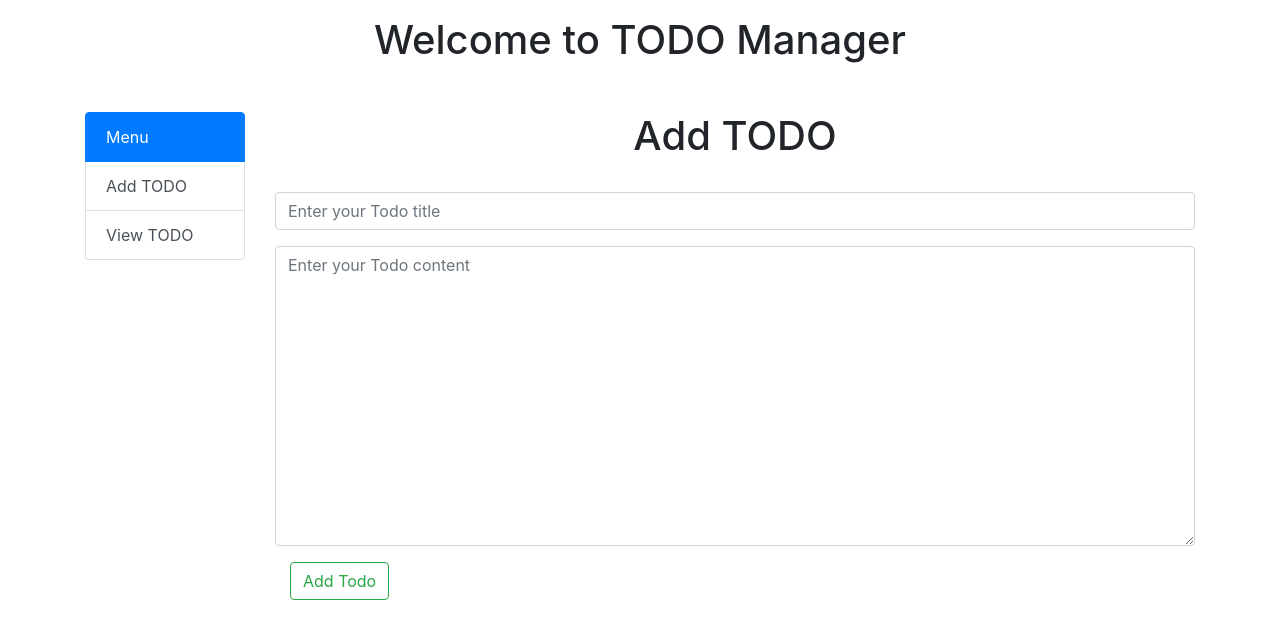
Repository: HarshViijay/spring-boot
Page: http://localhost/springmvcnew/add
These files come from the project's save history. The page is drawn as it stood at one moment and after the next save; the edit follows.
The browser window is 1280 px wide. The pictures show the whole page.
Some web libraries are served in a nearby version. The page is served by Tomcat 9. Other server files are loaded and not shown.

Above is the page before, as saved 2023-03-11 19:04:28.

### springmvcnew/src/main/webapp/WEB-INF/pages/home.jsp
<%@ page language="java" contentType="text/html; charset=UTF-8"
	pageEncoding="UTF-8"%>

<%@ taglib prefix="c" uri="http://java.sun.com/jsp/jstl/core"%>
<%@page isELIgnored="false"%>

<%@ taglib prefix="form" uri="http://www.springframework.org/tags/form"%>

<!doctype html>
<html lang="en">
<head>
<!-- Required meta tags -->
<meta charset="utf-8">
<meta name="viewport"
	content="width=device-width, initial-scale=1, shrink-to-fit=no">

<!-- Bootstrap CSS -->
<link rel="stylesheet"
	href="https://cdn.jsdelivr.net/npm/bootstrap@4.0.0/dist/css/bootstrap.min.css"
	integrity="sha384-Gn5384xqQ1aoWXA+058RXPxPg6fy4IWvTNh0E263XmFcJlSAwiGgFAW/dAiS6JXm"
	crossorigin="anonymous">

<title><c:out value="${page}"></c:out></title>
</head>
<body>

	<div class="container mt-3 ">
		<h1 class="text-center">Welcome to TODO Manager</h1>

		<div class="row mt-5">

			<div class="col-md-2">

				<div class="list-group">
					<button type="button"
						class="list-group-item list-group-item-action active">
						Menu</button>
					<a href='<c:url value='/add'></c:url>'
						class="list-group-item list-group-item-action">Add TODO</a> <a
						href='<c:url value='/home'></c:url>'
						class="list-group-item list-group-item-action">View TODO</a>
				</div>

			</div>

			<div class="col-md-10">
				<c:if test="${page=='home'}">
					<h1 class="text-center">All TODO</h1>
				</c:if>

				<c:if test="${page=='add'}">
					<h1 class="text-center">Add TODO</h1>

					<br>

					<form:form action="/saveTodo" method="post" modelAttribute="todo">

						<div class="form-group">
							<form:input path="todoTitle" cssClass="form-control"
								placeholder="Enter your Todo title" />
						</div>

						<div class="form-group">
							<form:textarea path="todoContent" cssClass="form-control"
								placeholder="Enter your Todo content" cssStyle="height:300px"/>
						</div>

						<div class="container">
						<button class="btn btn-outline-success">Add Todo</button>
						</div>



					</form:form>


				</c:if>
			</div>
		</div>
	</div>


	<!-- Optional JavaScript -->
	<!-- jQuery first, then Popper.js, then Bootstrap JS -->
	<script src="https://code.jquery.com/jquery-3.2.1.slim.min.js"
		integrity="sha384-KJ3o2DKtIkvYIK3UENzmM7KCkRr/rE9/Qpg6aAZGJwFDMVNA/GpGFF93hXpG5KkN"
		crossorigin="anonymous"></script>
	<script
		src="https://cdn.jsdelivr.net/npm/popper.js@1.12.9/dist/umd/popper.min.js"
		integrity="sha384-ApNbgh9B+Y1QKtv3Rn7W3mgPxhU9K/ScQsAP7hUibX39j7fakFPskvXusvfa0b4Q"
		crossorigin="anonymous"></script>
	<script
		src="https://cdn.jsdelivr.net/npm/bootstrap@4.0.0/dist/js/bootstrap.min.js"
		integrity="sha384-JZR6Spejh4U02d8jOt6vLEHfe/JQGiRRSQQxSfFWpi1MquVdAyjUar5+76PVCmYl"
		crossorigin="anonymous"></script>
</body>
</html>

### springmvcnew/src/main/java/com/entities/Todo.java
package com.entities;

import java.sql.Date;

public class Todo {

	private String todoTitle;
	private String todoContent;
	private Date date;

	public Todo(String todoTitle, String todoContent, Date date) {
		super();
		this.todoTitle = todoTitle;
		this.todoContent = todoContent;
		this.date = date;
	}



	public Todo() {
		super();
		// TODO Auto-generated constructor stub
	}



	public String getTodoTitle() {
		return todoTitle;
	}

	public void setTodoTitle(String todoTitle) {
		this.todoTitle = todoTitle;
	}

	public String getTodoContent() {
		return todoContent;
	}

	public void setTodoContent(String todoContent) {
		this.todoContent = todoContent;
	}

	public Date getDate() {
		return date;
	}

	public void setDate(Date date) {
		this.date = date;
	}

	@Override
	public String toString() {
		// TODO Auto-generated method stub
		return this.getTodoTitle()+" : "+this.todoContent;
	}

}

After the next save:
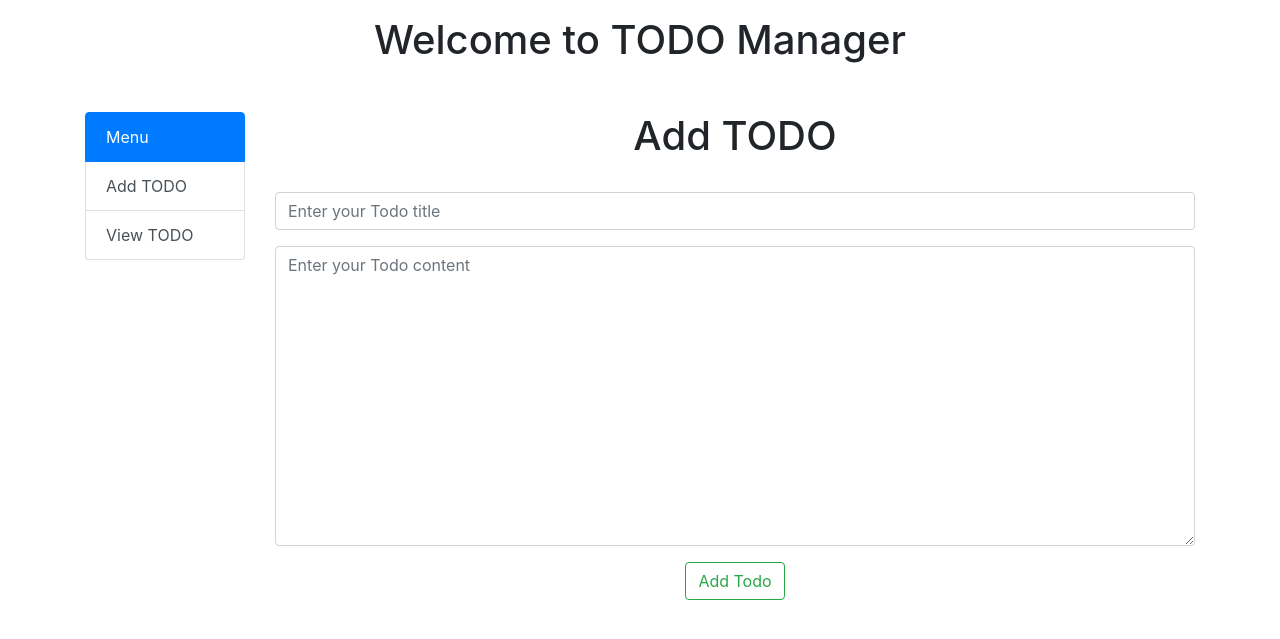
Saved 24 s later.
--- a/springmvcnew/src/main/webapp/WEB-INF/pages/home.jsp
+++ b/springmvcnew/src/main/webapp/WEB-INF/pages/home.jsp
@@ -65,7 +65,7 @@
 								placeholder="Enter your Todo content" cssStyle="height:300px"/>
 						</div>
 
-						<div class="container">
+						<div class="container text-center">
 						<button class="btn btn-outline-success">Add Todo</button>
 						</div>
 
